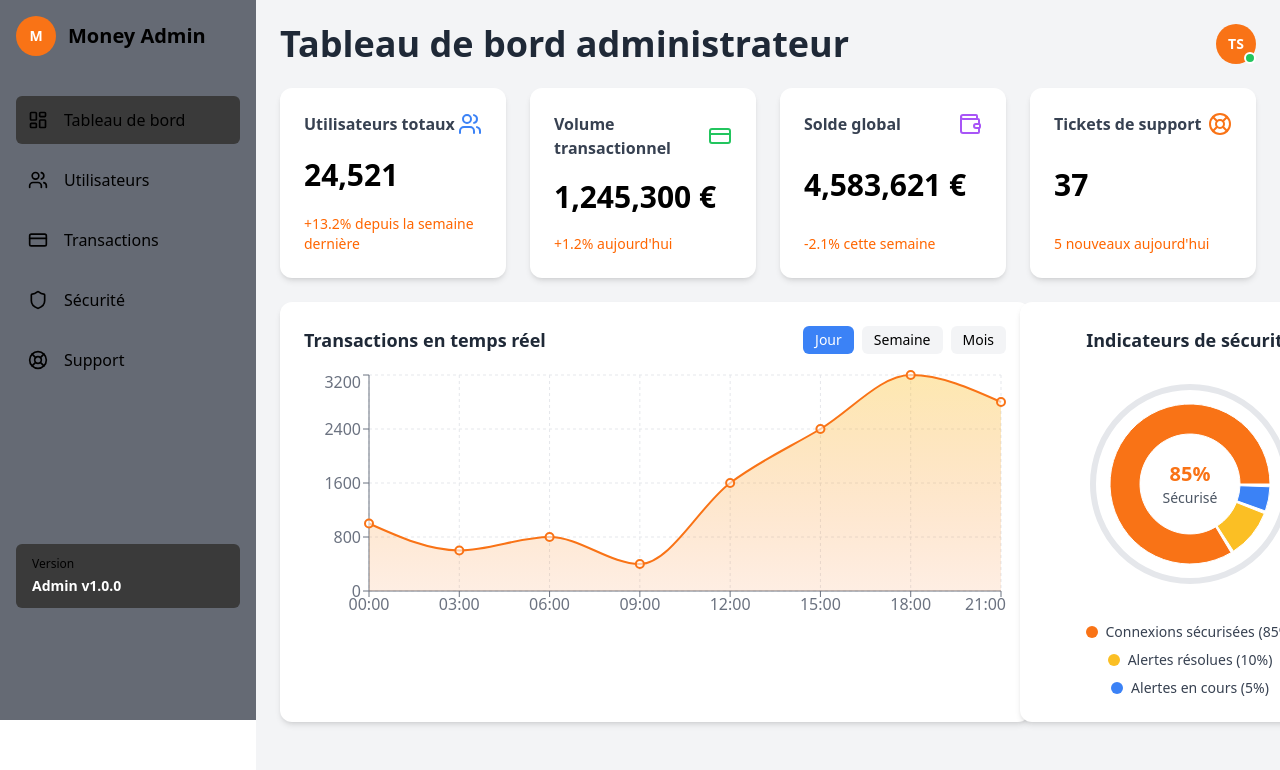
Repository: Edongo999/Dashboard
Page: /
The author's editor kept a copy of each file at every save. The page is drawn from the files as they stood at one save, then again after the next save.
The browser window is 1280 px wide. The pictures show the whole page.
The project was rebuilt for these pictures with package versions that can differ from the ones it lists, and the page was loaded fresh each time. Also part of the build but not shown: vite.config.ts.

Above is the page before, as saved 2025-10-13 15:45:53.

After the next save:
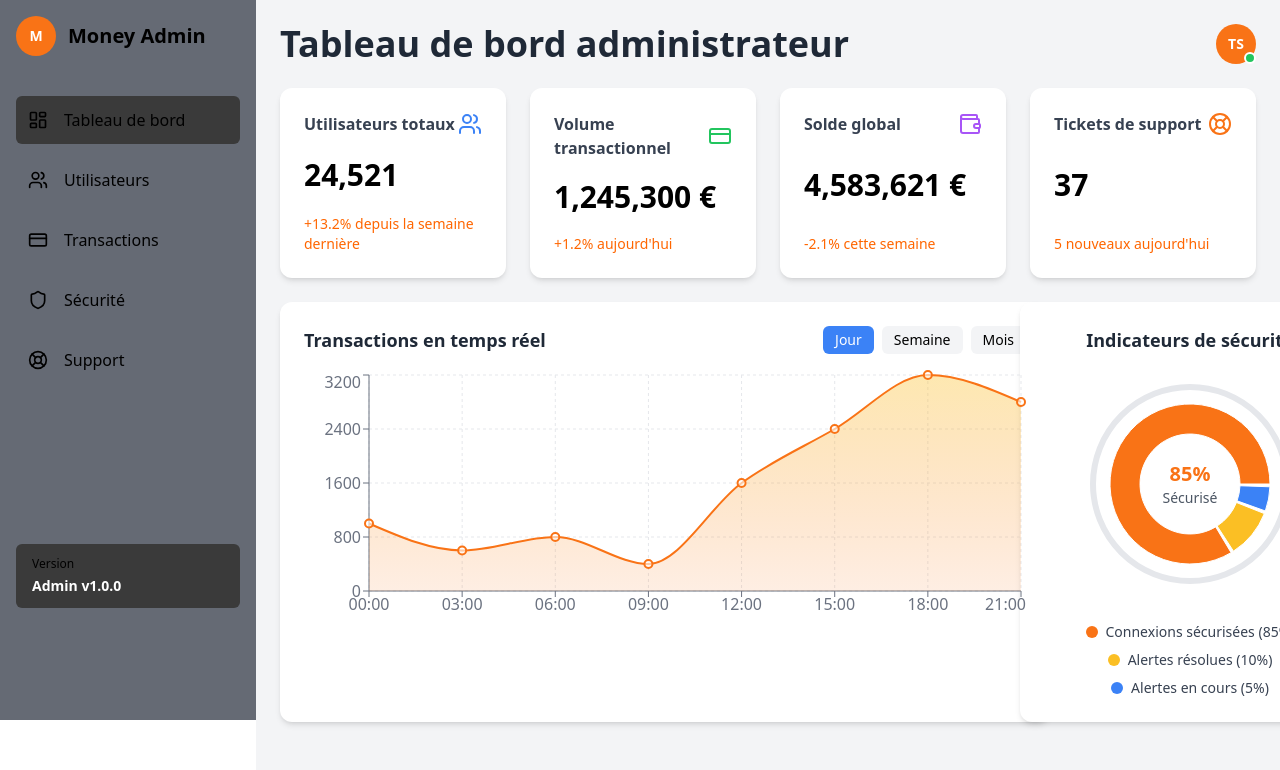
Saved 16 s later.
--- a/src/components/RealtimeChart.tsx
+++ b/src/components/RealtimeChart.tsx
@@ -41,7 +41,7 @@ const RealtimeChart = () => {
   const [view, setView] = useState<"jour" | "semaine" | "mois">("jour")
 
   return (
-    <div className="bg-white rounded-[12px] shadow-md p-6 w-[750px]">
+    <div className="bg-white rounded-[12px] shadow-md p-6 w-[770px]">
       <div className="flex items-center justify-between mb-4">
         <h2 className="text-lg font-semibold text-gray-800">Transactions en temps réel</h2>
         <div className="flex gap-2">
